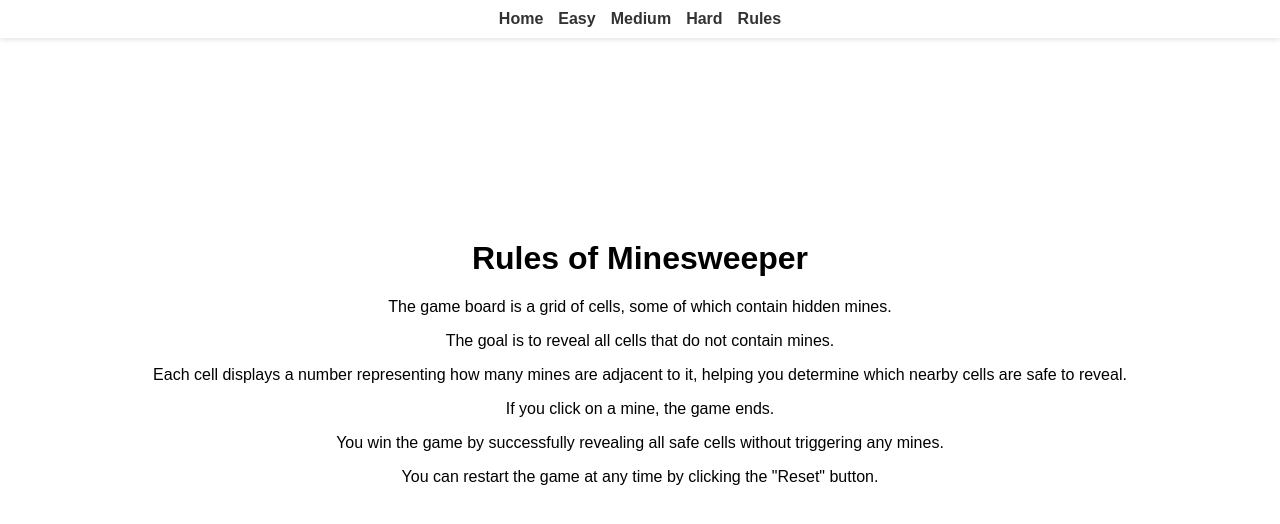
Repository: liwingy/-WingYee-_-Li-project2
Page: /rules
These files come from the project's save history. The page is drawn as it stood at one moment and after the next save; the edit follows.
The browser window is 1280 px wide. The pictures show the whole page.
The project was rebuilt for these pictures with package versions that can differ from the ones it lists, and the page was loaded fresh each time. Also part of the build but not shown: src/views/Homepage.css, src/views/Homepage.js, src/components/Cell.js, src/views/Game.js.

Above is the page before, as saved 2024-11-11 20:36:45.

After the next save:
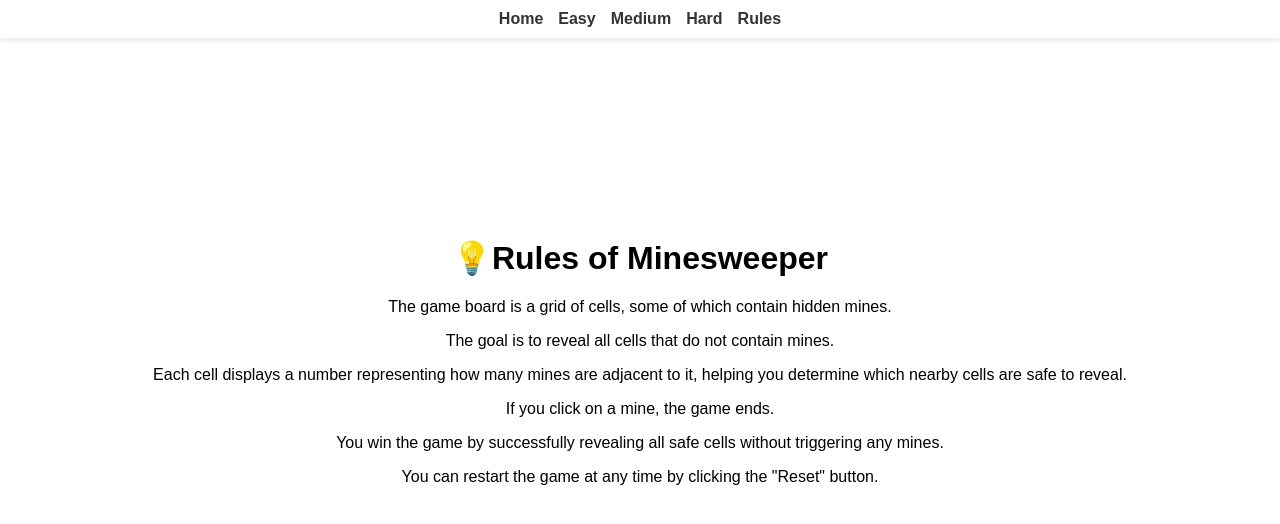
Saved 2 min 44 s later.
--- a/src/views/Rules.js
+++ b/src/views/Rules.js
@@ -3,7 +3,7 @@ import React from 'react';
 function Rules() {
   return (
     <div>
-      <h1>Rules of Minesweeper</h1>
+      <h1>💡Rules of Minesweeper</h1>
       <p>The game board is a grid of cells, some of which contain hidden mines.</p>
       <p>The goal is to reveal all cells that do not contain mines.</p>
       <p>Each cell displays a number representing how many mines are adjacent to it, helping you determine which nearby cells are safe to reveal.</p>
